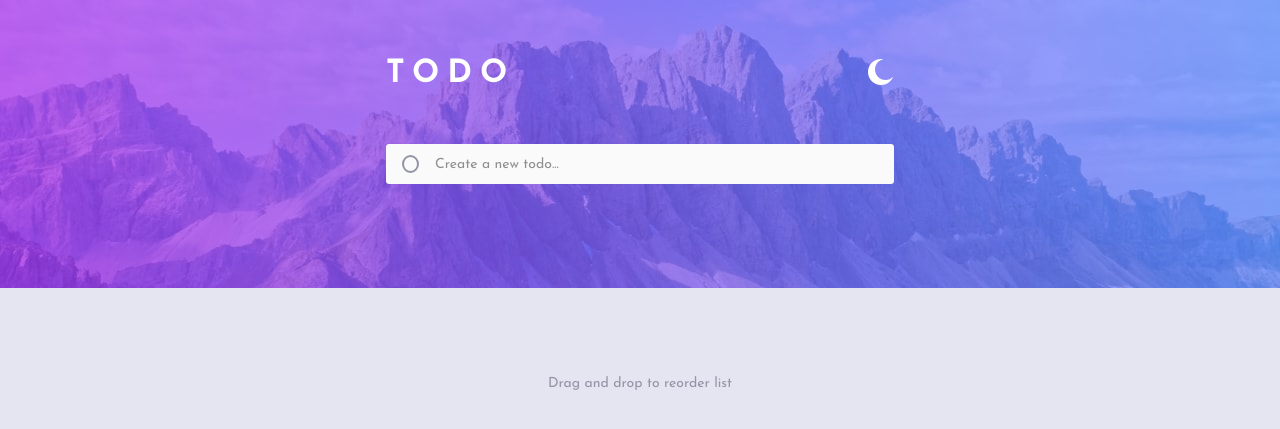
Repository: teedollar/vue-todos
Page: /
The author's editor kept a copy of each file at every save. The page is drawn from the files as they stood at one save, then again after the next save.
The browser window is 1280 px wide. The pictures show the whole page.
The project was rebuilt for these pictures with package versions that can differ from the ones it lists, and the page was loaded fresh each time. Also part of the build but not shown: vite.config.js, vue.config.js, src/components/TodoItem.vue, src/components/Filter.vue.

Above is the page before, as saved 2022-03-18 17:04:51.

### index.html
<!DOCTYPE html>
<html lang="en">
  <head>
    <meta charset="UTF-8" />
    <link rel="icon" href="/favicon.ico" />
    <meta name="viewport" content="width=device-width, initial-scale=1.0" />
    <title>CreditClan ToDo App</title>
  </head>
  <body>
    <div id="app"></div>
    <script type="module" src="/src/main.js"></script>
  </body>
</html>

### src/main.js
import { createApp } from 'vue'
import { createPinia } from 'pinia'
import App from './App.vue'
import './index.css'

createApp(App).use(createPinia()).mount('#app')

### src/App.vue
<template>
  <div class="app" :class="store.dark ? 'dark-theme' : ''">
    <Header />
    <main class="container">
      <add-todo />
      <section v-if="store.length">
        <div class="list">
          <!-- Draggable -->
          <draggable
            :list="store.data"
            item-key="id"
            @start="dragging = true"
            @end="dragging = false"
            class="list"
            ghost-class="ghost"
          >
            <template #item="{ element }">
              <TodoItem
                :item="element"
                @update="store.updateTodo"
                @remove="store.removeTodo"
              />
            </template>
          </draggable>
          <!-- Footer and Filter -->
          <div
            class="box flex justify-between items-center text-opacity text-small list-footer"
          >
            <span class="">{{ store.length }} items left</span>
            <Filter class="md-show" />
            <button
              class="btn-link text-opacity text-small"
              @click="store.removeAll"
            >
              Clear Completed
            </button>
          </div>
        </div>
        <!-- Filter -->
        <div class="box rounded mt-1 flex items-center center sm-show">
          <Filter />
        </div>
      </section>
    </main>
    <footer class="container text-opacity flex center">
      <span>Drag and drop to reorder list</span>
    </footer>
  </div>
</template>

<script>
import Header from './components/Header.vue'
import AddTodo from './components/AddTodo.vue'
import TodoItem from './components/TodoItem.vue'
import Filter from './components/Filter.vue'
import { useStore } from './store'
import draggable from 'vuedraggable'
export default {
  components: { Header, AddTodo, TodoItem, Filter, draggable },
  setup() {
    const store = useStore()
    return { store }
  }
}
</script>

<style lang="css" scoped>
main {
  margin-top: -20vh;
  min-height: 30vh;
}
.list > *:is(:first-child) {
  border-radius: 0.2rem 0.2rem 0 0;
}
.list > *:not(:last-child) {
  border-bottom: 1px solid var(--bg-light);
}
.list-footer {
  border-radius: 0 0 0.2rem 0.2rem;
}
.sm-show {
  visibility: visible;
  opacity: 1;
  display: flex;
}
.md-show {
  visibility: hidden;
  opacity: 0;
  display: none;
}
.ghost {
  opacity: 0.5;
  background: var(--bg-secondary);
}
footer {
  padding: 1rem 0;
}
@media (min-width: 760px) {
  .sm-show {
    visibility: hidden;
    opacity: 0;
    display: none;
  }
  .md-show {
    visibility: visible;
    opacity: 1;
    display: flex;
  }
}
</style>

### src/index.css
@import url('https://fonts.googleapis.com/css2?family=Josefin+Sans:wght@400;700&display=swap');

/* ======================== */
/* RESET */
/* ======================== */

*,
*:after,
*:before {
  margin: 0;
  padding: 0;
  box-sizing: border-box;
  text-decoration: none;
}

img,
picture {
  width: 100%;
  display: block;
}

ol,
ul {
  list-style: none;
}

a {
  text-decoration: none;
}

input,
button,
textarea,
select {
  font: inherit;
}

h1,
h2,
h3,
h4,
h5,
h6,
p {
  font-weight: var(--fw-regular);
}

@media (prefers-reduced-motion: reduce) {
  *,
  *::before,
  *::after {
    animation-duration: 0.01ms !important;
    animation-iteration-count: 1 !important;
    transition-duration: 0.01ms !important;
    scroll-behavior: auto !important;
  }
}

/* ======================== */
/* ROOST */
/* ======================== */

:root {
  /* colors */
  --clr-white: #fff;
  --clr-primary: hsl(220, 98%, 61%);
  --bg-primary: hsl(236, 33%, 92%);
  --bg-primary-light: hsl(0, 0%, 98%);
  --bg-gradient: linear-gradient hsl(192, 100%, 67%) to hsl(280, 87%, 65%);
  --bg-light: hsl(236, 9%, 61%);
  --txt-primary: hsl(235, 19%, 35%);
  --txt-secondary: hsl(236, 9%, 61%);
  /* font-sizes */
  --fs-title: 2rem;
  --fs-medium: 0.875rem;
  --fs-small: 0.75rem;

  /* font-weight */
  --fw-regular: 400;
  --fw-bold: 700;
  /* font-family */
  --ff-primary: 'Josefin Sans', sans-serif;
}

.dark-theme {
  --bg-primary: hsl(235, 21%, 11%);
  --bg-primary-light: hsl(235, 24%, 19%);
  --txt-primary: hsl(234, 39%, 85%);
  --txt-secondary: hsl(234, 11%, 52%);
}

.app {
  font-family: var(--ff-primary);
  font-size: var(--fs-medium);
  list-style-type: none;
  min-height: 100vh;
  font-weight: var(--fw-regular);
  background: var(--bg-primary);
  color: var(--txt-primary);
}

/* ======================== */
/* Utility classes */
/* ======================== */

.container {
  padding-inline: 1rem;
  margin-inline: auto;
  width: 90%;
}

.flex {
  display: flex;
  gap: 1rem;
}

.items-center {
  align-items: center;
}

.center {
  justify-content: center;
}

.justify-between {
  justify-content: space-between;
}

.rounded {
  border-radius: 0.2rem;
}

.box {
  width: 100%;
  height: 2.5rem;
  background-color: var(--bg-primary-light);
  padding-inline: 1rem;
}

/* Margin */

.mt-1 {
  margin-top: 1rem;
}

/* Buttons and Buttons links */

.btn-icon {
  cursor: pointer;
  border: none;
  background: transparent;
  transition: transform 0.2s ease;
}

.btn-icon:hover {
  transform: scale(1.05);
}

.btn-link {
  cursor: pointer;
  border: none;
  background: transparent;
  transition: color 0.2s ease;
}

.btn-link:hover {
  color: var(--txt-primary);
}

.btn-link.active {
  color: var(--clr-primary);
}

/* Typography */

.text-opacity {
  color: var(--txt-secondary);
}

.text-small {
  font-size: var(--fs-small);
}

/* Responseve */

@media (min-width: 600px) {
  .container {
    max-width: 540px;
  }
}

/* useless */

.sr-only {
  position: absolute;
  width: 1px;
  height: 1px;
  padding: 0;
  margin: -1px;
  overflow: hidden;
  clip: rect(0, 0, 0, 0);
  white-space: nowrap; /* added line */
  border: 0;
}

.flow > * + * {
  margin-top: 1rem;
}

.w-100 {
  width: 100%;
}

### src/components/Header.vue
<template>
  <header :class="store.dark ? 'img-dark' : 'img-light'">
    <div class="container flex justify-between">
      <h1 class="title">TODO</h1>
      <button class="btn-icon" @click="store.toggleDarkMode">
        <Icon :name="store.dark ? 'sun' : 'moon'" />
      </button>
    </div>
  </header>
</template>

<script>
import Icon from './Icon.vue'
import { useStore } from '../store'
export default {
  components: { Icon },
  setup() {
    const store = useStore()
    return { store }
  }
}
</script>

<style lang="css" scoped>

header {
  height: 40vh;
}
header .container {
  padding-top: 8vh;
}
.img-dark {
  background: url('../assets/images/bg-mobile-dark.jpg');
  background-repeat: no-repeat;
  background-position: center center;
  background-size: cover;
}
.img-light {
  background: url('../assets/images/bg-mobile-light.jpg');
  background-repeat: no-repeat;
  background-position: center center;
  background-size: cover;
}
header .title {
  letter-spacing: 0.5rem;
  font-size: var(--fs-title);
  font-weight: var(--fw-bold);
  color: var(--clr-white);
}
@media (min-width: 760px) {
  .img-dark {
    background: url('./assets/images/bg-desktop-dark.jpg');
  }
  .img-light {
    background: url('../assets/images/bg-desktop-light.jpg');
  }
}
</style>

### src/components/AddTodo.vue

<template>
  <form
    @submit.prevent="onSubmit"
    id="add-todo"
    class="box rounded flex items-center"
  >
    <Checkbox
      :checked="todo.completed"
      @toggle="todo.completed = !todo.completed"
    />
    <input type="text" v-model="todo.text" placeholder="Create a new todo..." />
  </form>
</template>

<script>
import { ref } from '@vue/reactivity'
import { useStore } from '../store'
import Checkbox from './Checkbox.vue'
export default {
  components: { Checkbox },
  setup() {
    const store = useStore()
    const todo = ref({
      text: '',
      completed: false
    })
    const onSubmit = () => {
      // let item = todo.value
      if (todo.value.text != '') {
        store.addTodo(todo.value)
        todo.value.text = ''
        todo.value.completed = false
      }
    }
    return {
      todo,
      onSubmit
    }
  }
}
</script>

<style lang="css" scoped>
#add-todo {
  margin-bottom: 2rem;
}
input {
  height: 100%;
  width: 100%;
  background: transparent;
  border: none;
  outline: none;
  color: var(--txt-primary);
}
input::placeholder {
  opacity: 0.8;
}
</style>

### src/store.js
import { defineStore } from 'pinia'

// useStore could be anything like useUser, useCart
// the first argument is a unique id of the store across your application
export const useStore = defineStore('main', {
  state: () => {
    return {
      dark: JSON.parse(localStorage.getItem('dark') || false),
      data: JSON.parse(localStorage.getItem('todos') || '[]'),
      filter: null
    }
  },

  getters: {
    length: state => state.data.length
  },

  actions: {
    toggleDarkMode() {
      this.dark = !this.dark
      localStorage.setItem('dark', this.dark)
    },

    addTodo(item) {
      this.data.push({
        id: Date.now(),
        text: item.text,
        completed: item.completed
      })
      localStorage.setItem('todos', JSON.stringify(this.data))
    },

    updateTodo() {
      localStorage.setItem('todos', JSON.stringify(this.data))
    },

    removeTodo(item) {
      this.data = this.data.filter(d => d.id !== item.id)
      console.log(this.data)
      localStorage.setItem('todos', JSON.stringify(this.data))
    },

    removeAll() {
      this.data = this.data.filter(d => d.completed === false)
      localStorage.setItem('todos', JSON.stringify(this.data))
    },

    filterTodo(status) {
      this.data = JSON.parse(localStorage.getItem('todos')) || []
      if (status !== null) {
        this.data = this.data.filter(d => d.completed === status)
      }
      console.log(this.data)
    }
  }
})

### src/components/Icon.vue
<template>
  <!-- SUN -->
  <svg
    v-if="name === 'sun'"
    xmlns="http://www.w3.org/2000/svg"
    width="26"
    height="26"
  >
    <path
      fill="#FFF"
      fill-rule="evenodd"
      d="M13 21a1 1 0 011 1v3a1 1 0 11-2 0v-3a1 1 0 011-1zm-5.657-2.343a1 1 0 010 1.414l-2.121 2.121a1 1 0 01-1.414-1.414l2.12-2.121a1 1 0 011.415 0zm12.728 0l2.121 2.121a1 1 0 01-1.414 1.414l-2.121-2.12a1 1 0 011.414-1.415zM13 8a5 5 0 110 10 5 5 0 010-10zm12 4a1 1 0 110 2h-3a1 1 0 110-2h3zM4 12a1 1 0 110 2H1a1 1 0 110-2h3zm18.192-8.192a1 1 0 010 1.414l-2.12 2.121a1 1 0 01-1.415-1.414l2.121-2.121a1 1 0 011.414 0zm-16.97 0l2.121 2.12A1 1 0 015.93 7.344L3.808 5.222a1 1 0 011.414-1.414zM13 0a1 1 0 011 1v3a1 1 0 11-2 0V1a1 1 0 011-1z"
    />
  </svg>

  <!-- MOON -->
  <svg
    v-else-if="name === 'moon'"
    xmlns="http://www.w3.org/2000/svg"
    width="26"
    height="26"
  >
    <path
      fill="#FFF"
      fill-rule="evenodd"
      d="M13 0c.81 0 1.603.074 2.373.216C10.593 1.199 7 5.43 7 10.5 7 16.299 11.701 21 17.5 21c2.996 0 5.7-1.255 7.613-3.268C23.22 22.572 18.51 26 13 26 5.82 26 0 20.18 0 13S5.82 0 13 0z"
    />
  </svg>

  <!-- CROSS -->
  <svg
    v-else-if="name === 'cross'"
    xmlns="http://www.w3.org/2000/svg"
    width="18"
    height="18"
  >
    <path
      fill="#494C6B"
      fill-rule="evenodd"
      d="M16.97 0l.708.707L9.546 8.84l8.132 8.132-.707.707-8.132-8.132-8.132 8.132L0 16.97l8.132-8.132L0 .707.707 0 8.84 8.132 16.971 0z"
    />
  </svg>

  <!-- CHECK -->
  <svg
    v-else-if="name === 'check'"
    xmlns="http://www.w3.org/2000/svg"
    width="11"
    height="9"
  >
    <path fill="none" stroke="#FFF" stroke-width="2" d="M1 4.304L3.696 7l6-6" />
  </svg>
</template>

<script>
export default {
  props: ['name']
}
</script>

### src/components/Checkbox.vue
<template>
  <div
    class="checkbox flex center items-center"
    :class="checked ? 'checked' : ''"
    @click.native="$emit('toggle')"
  >
    <Icon name="check" v-if="checked" />
  </div>
</template>

<script>
import Icon from './Icon.vue'
export default {
  components: { Icon },
  props: ['checked']
}
</script>
<style scoped>
.checkbox {
  position: relative;
  border: 2px solid var(--bg-light);
  border-radius: 50%;
  width: 18px;
  height: 18px;
}
.checkbox.checked {
  background-color: var(--clr-primary);
  border: 0;
}
</style>

After the next save:
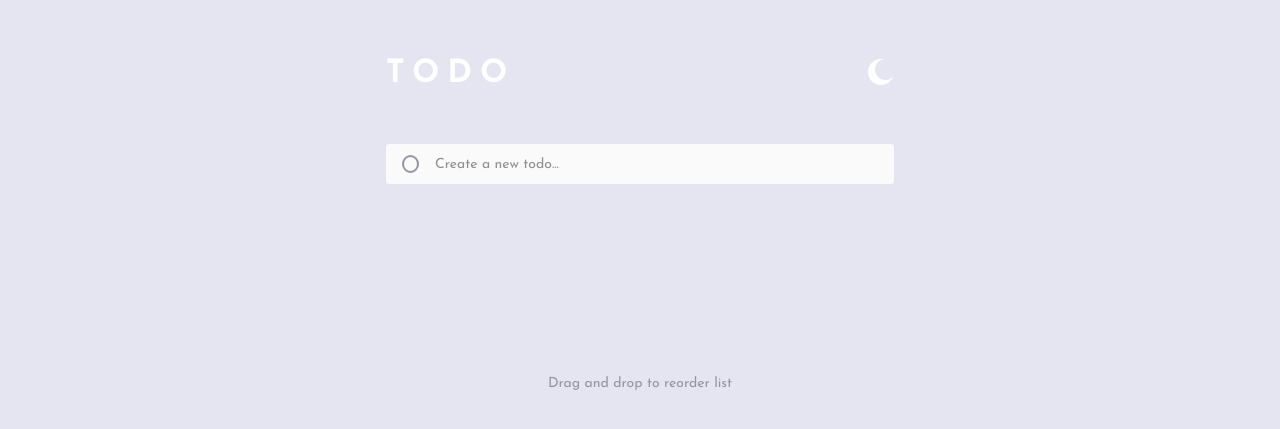
Not found: @fs/src/components/assets/images/bg-desktop-light.jpg
Saved 4 s later.
--- a/src/components/Header.vue
+++ b/src/components/Header.vue
@@ -52,7 +52,7 @@
     background: url('./assets/images/bg-desktop-dark.jpg');
   }
   .img-light {
-    background: url('../assets/images/bg-desktop-light.jpg');
+    background: url('./assets/images/bg-desktop-light.jpg');
   }
 }
 </style>

After the save that followed:
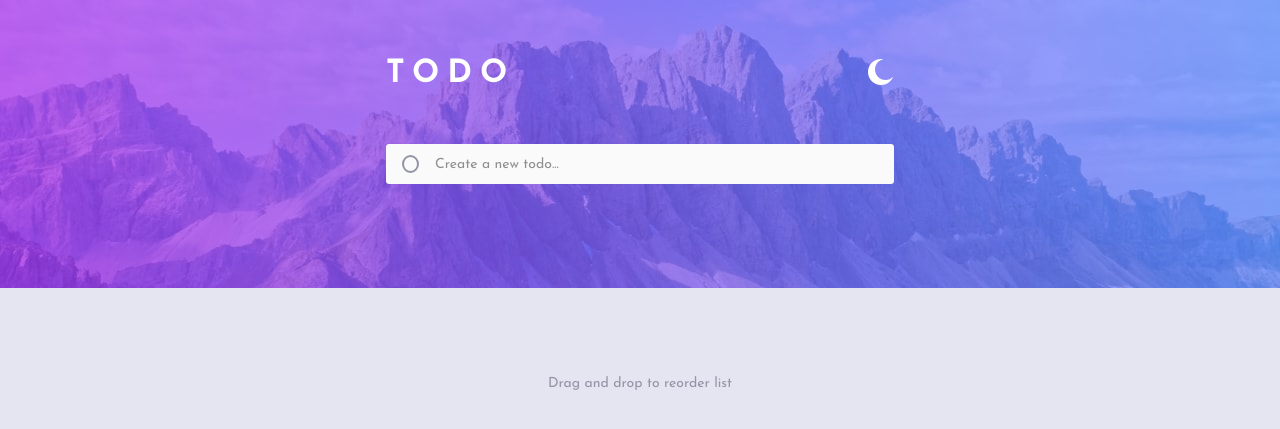
Saved 14 s later.
--- a/src/components/Header.vue
+++ b/src/components/Header.vue
@@ -49,10 +49,10 @@
 }
 @media (min-width: 760px) {
   .img-dark {
-    background: url('./assets/images/bg-desktop-dark.jpg');
+    background: url('../assets/images/bg-desktop-dark.jpg');
   }
   .img-light {
-    background: url('./assets/images/bg-desktop-light.jpg');
+    background: url('../assets/images/bg-desktop-light.jpg');
   }
 }
 </style>
